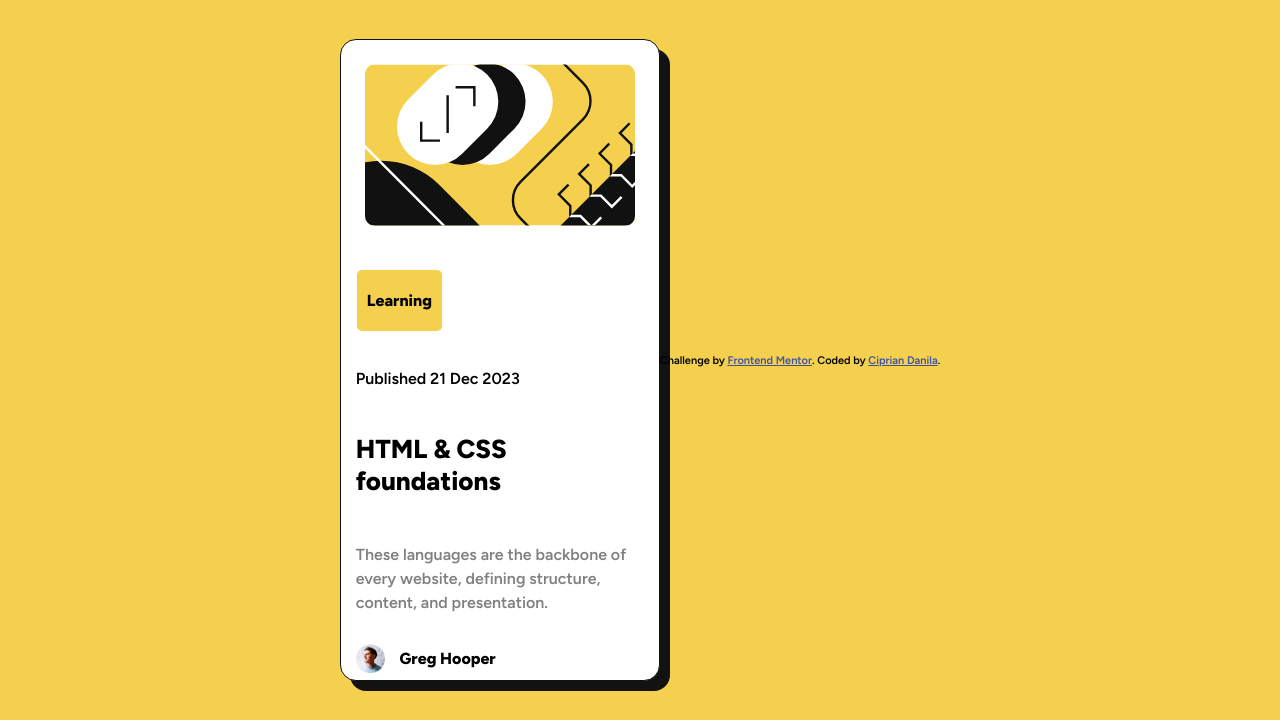
Repository: cipdanila/blog-preview-card
Page: index.html
An editor plug-in stored every save of this project. The page is shown before and after the next save, followed by the edit.
The browser window is 1280 px wide. The pictures show the whole page.

Above is the page before, as saved 2024-01-28 14:03:46.

After the next save:
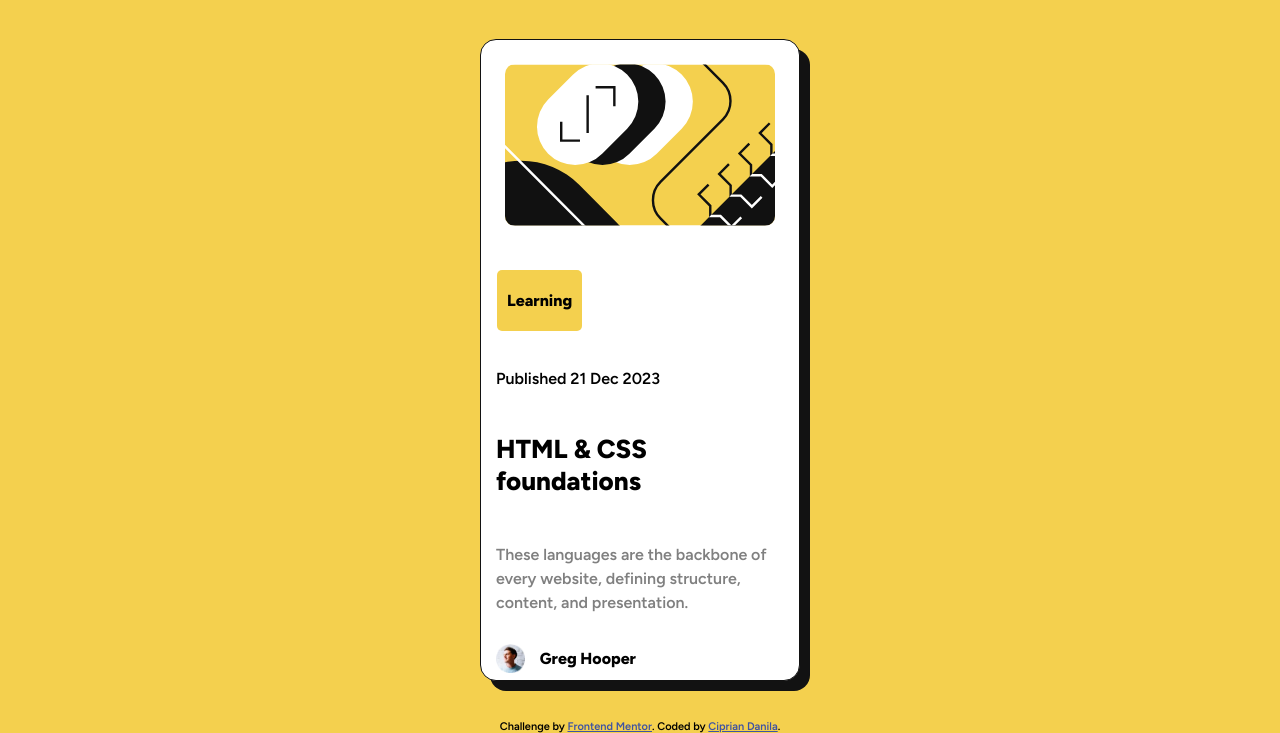
Saved 20 s later.
--- a/style.css
+++ b/style.css
@@ -19,9 +19,6 @@
     margin: 0;
     padding: 0;
     height: 100%;
-    display: flex;
-    justify-content: center;
-    align-items: center;
     font-family: 'Figtree', sans-serif;
     font-size: 1rem;
     font-weight: 600;
@@ -29,7 +26,10 @@
 }
 
 main {
-
+    display: flex;
+    justify-content: center;
+    align-items: center;
+    height: 100%;
 }
 
 .card {
